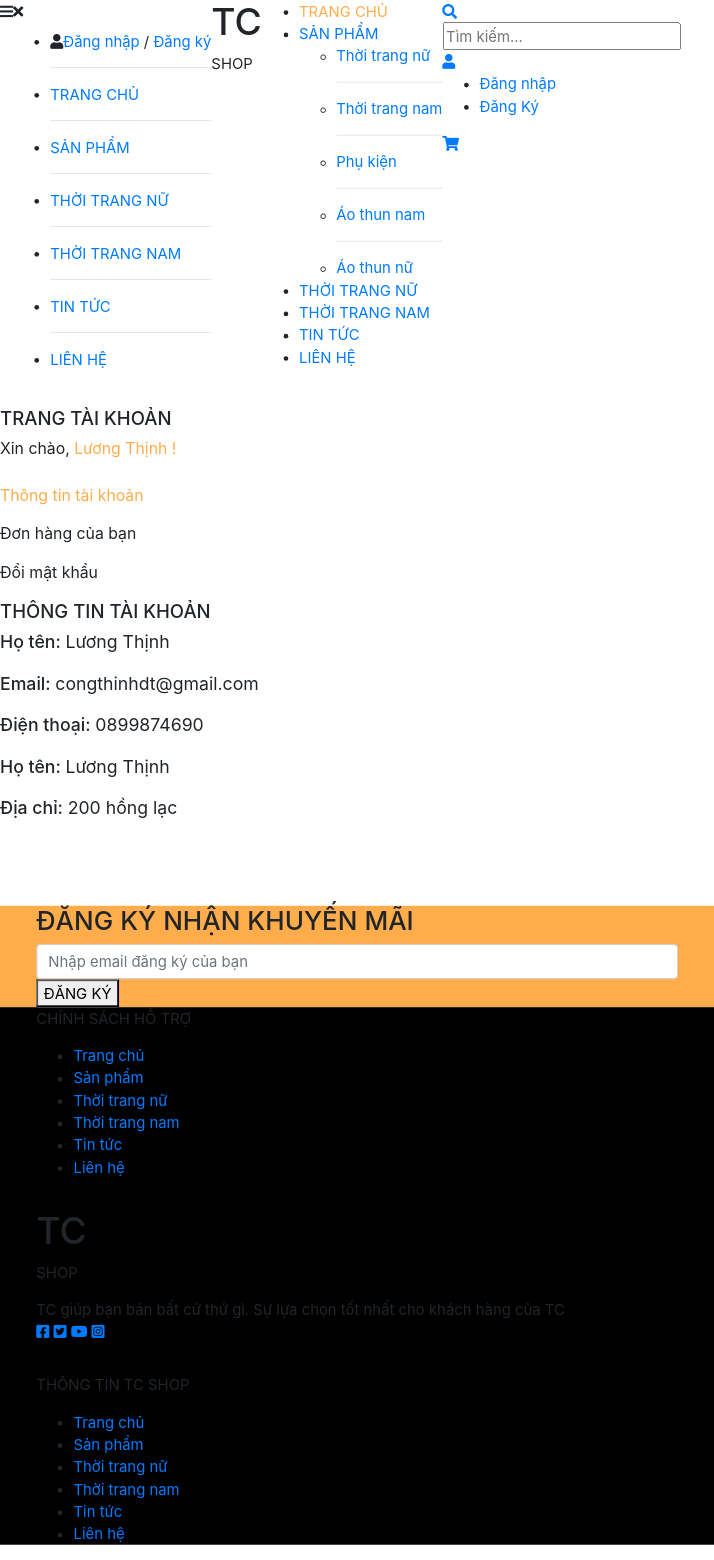
Repository: congthinh1701/TCshop
Page: ThongTinTaiKhoan.html
The author's editor kept a copy of each file at every save. The page is drawn from the files as they stood at one save, then again after the next save.
The browser window is 768 px wide. The pictures show the whole page, at 93% of full size.
The style sheet was rebuilt from its Sass, Less or Tailwind sources for each picture, by a compiler version that may differ from the author's.

Above is the page before, as saved 2021-09-08 17:24:34.

After the next save:
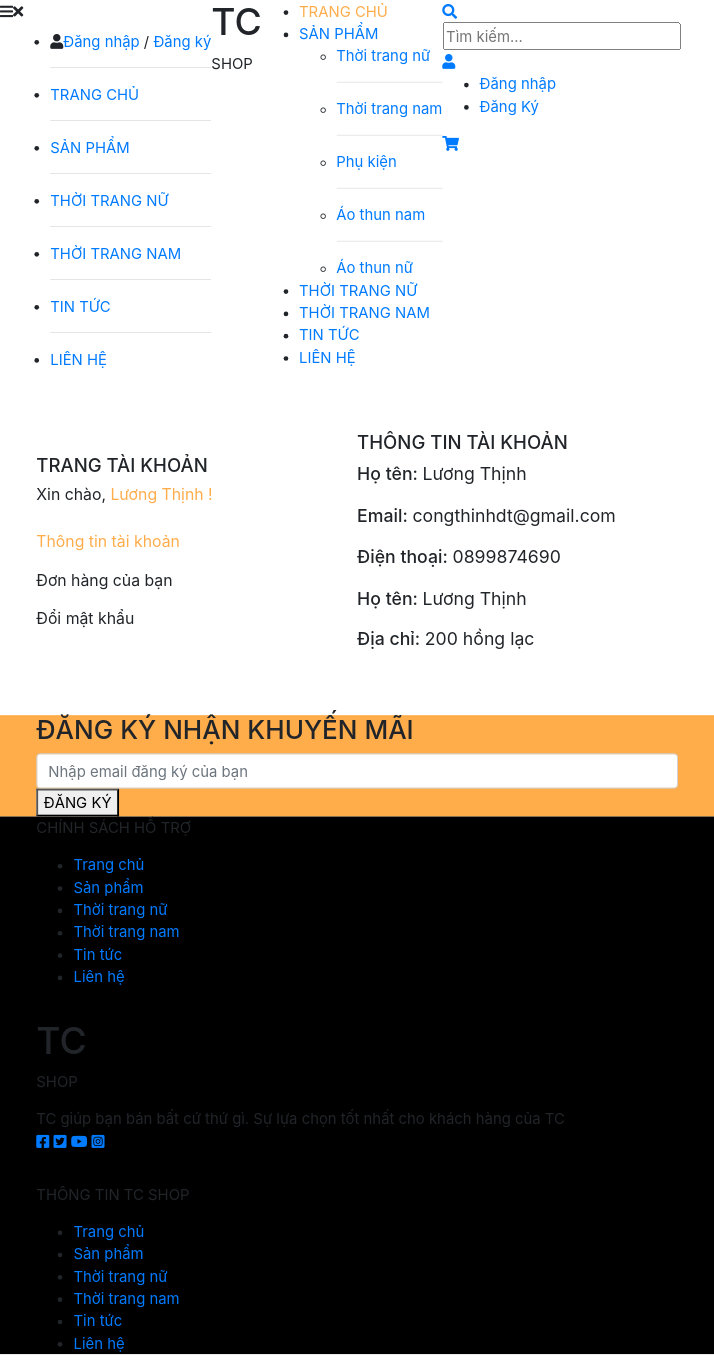
Saved 28 s later.
--- a/sass/style.scss
+++ b/sass/style.scss
@@ -7,7 +7,22 @@
     display:flex;
     --columns:2;
     margin-top: 50px;
+    @media (max-width: 923px) {
+        .admin{
+            --columns:1;
+            display:unset;
 
+        }
+        .trang-tai-khoan{
+            width: calc(100% / var(--columns));
+            margin:auto;
+
+        }
+        .thong-tin-tai-khoan{
+            width: calc(100% / var(--columns));
+
+        }
+    }
 }
 .trang-tai-khoan{
     width: calc(100% / var(--columns) - 20%);
@@ -33,19 +48,3 @@
         }
     }
 }
-@media (max-width: 923px) {
-    .admin{
-        --columns:1;
-        display:unset;
-
-    }
-    .trang-tai-khoan{
-        width: calc(100% / var(--columns));
-        margin:auto;
-
-    }
-    .thong-tin-tai-khoan{
-        width: calc(100% / var(--columns));
-
-    }
-}

After the save that followed:
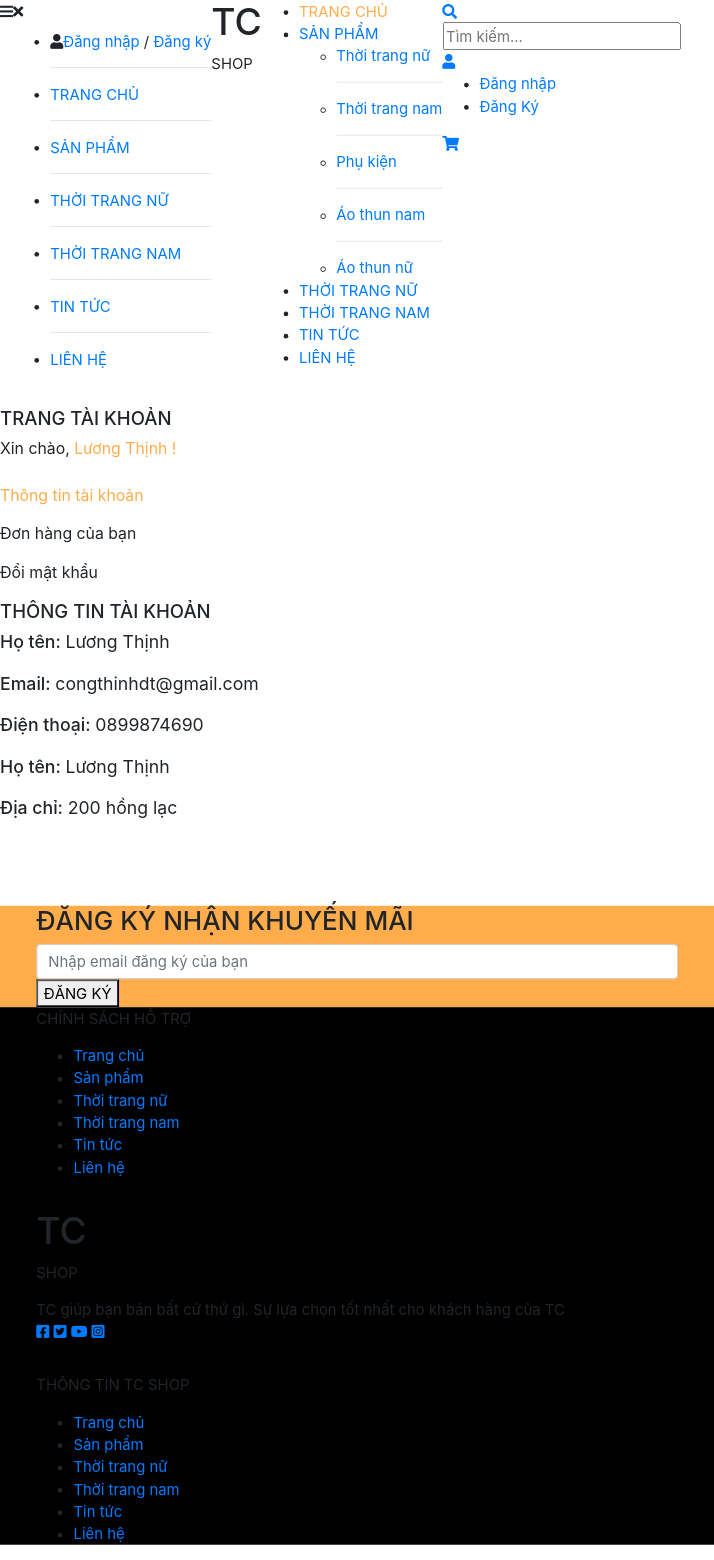
Saved 8 s later.
--- a/sass/style.scss
+++ b/sass/style.scss
@@ -8,11 +8,11 @@
     --columns:2;
     margin-top: 50px;
     @media (max-width: 923px) {
-        .admin{
+
             --columns:1;
             display:unset;
 
-        }
+
         .trang-tai-khoan{
             width: calc(100% / var(--columns));
             margin:auto;
